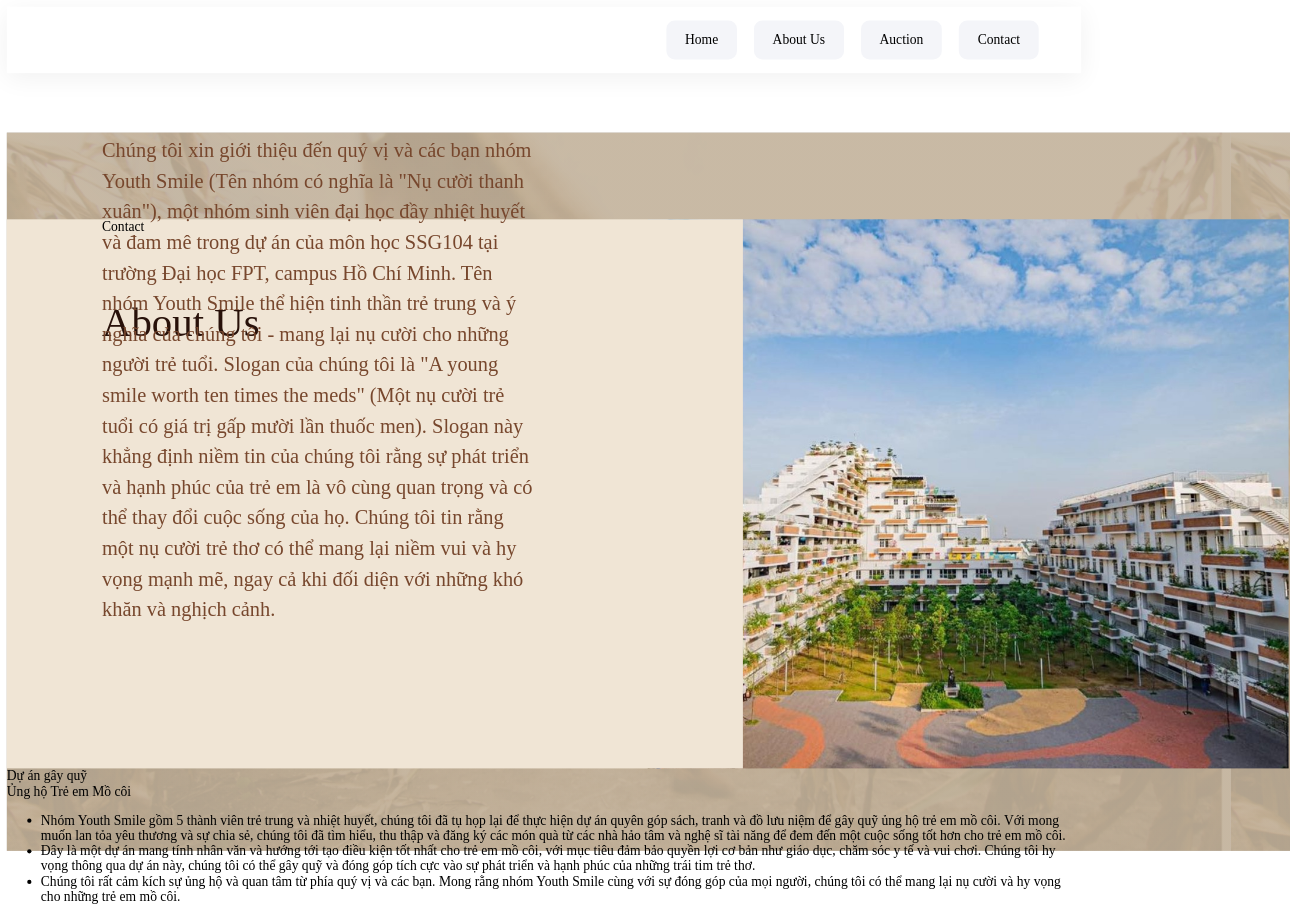
Repository: anatole24/Youth-Smile
Page: about.html
An editor plug-in stored every save of this project. The page is shown before and after the next save, followed by the edit.
The browser window is 1280 px wide. The page is 1518 px wide, so the pictures cover 1518 px, including what lies to the right of the window. The pictures show the whole page, at 85% of full size.
Some web fonts or font styles are not loaded; a fallback is used.

Above is the page before, as saved 2023-06-29 14:40:12.

After the next save:
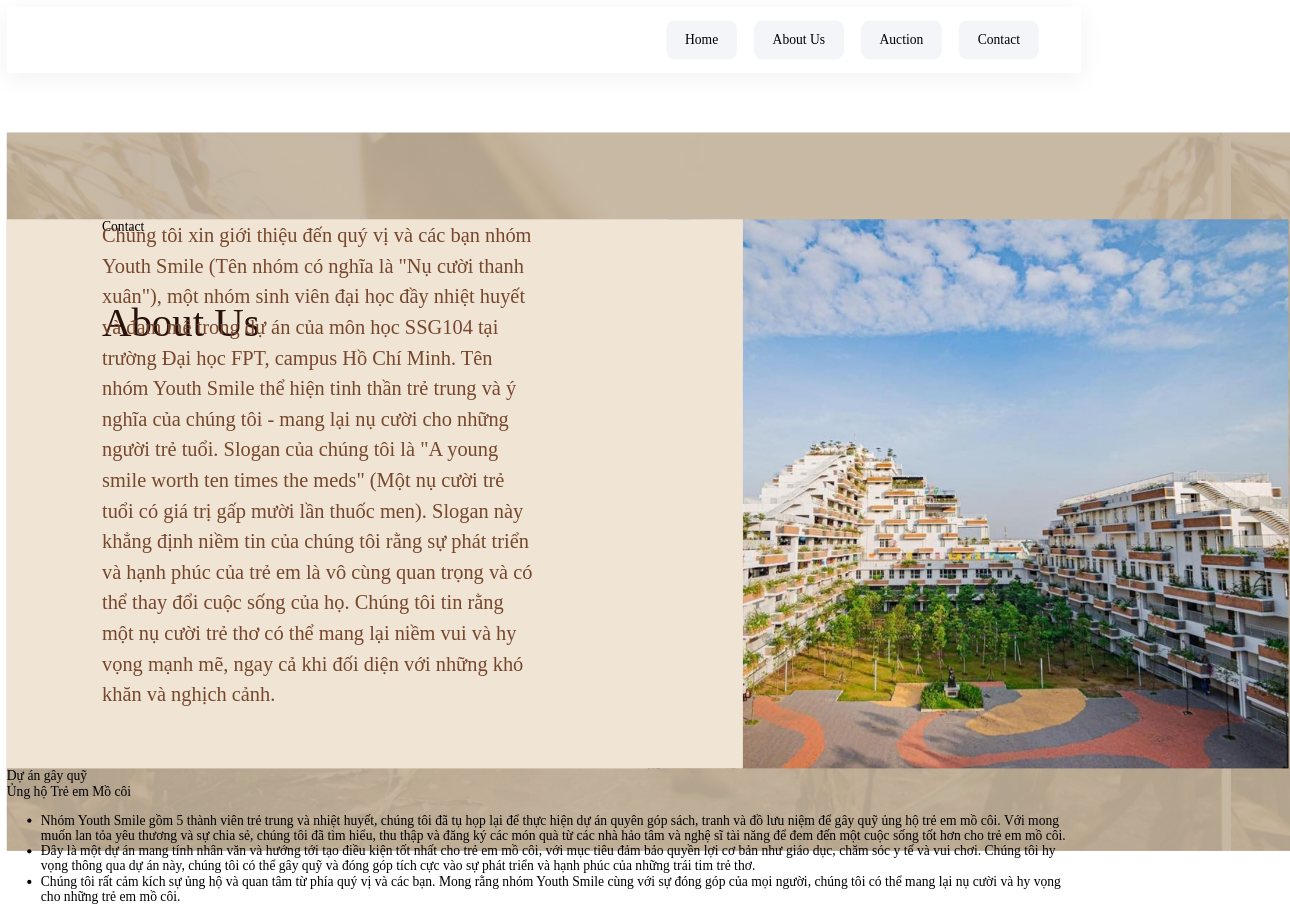
Saved 5 s later.
--- a/about.css
+++ b/about.css
@@ -36,7 +36,7 @@
 .left-content {
   display: flex;
   position: absolute;
-  top: 100px;
+  top: 200px;
   width: 509px;
   height: 178px;
   flex-direction: column;
